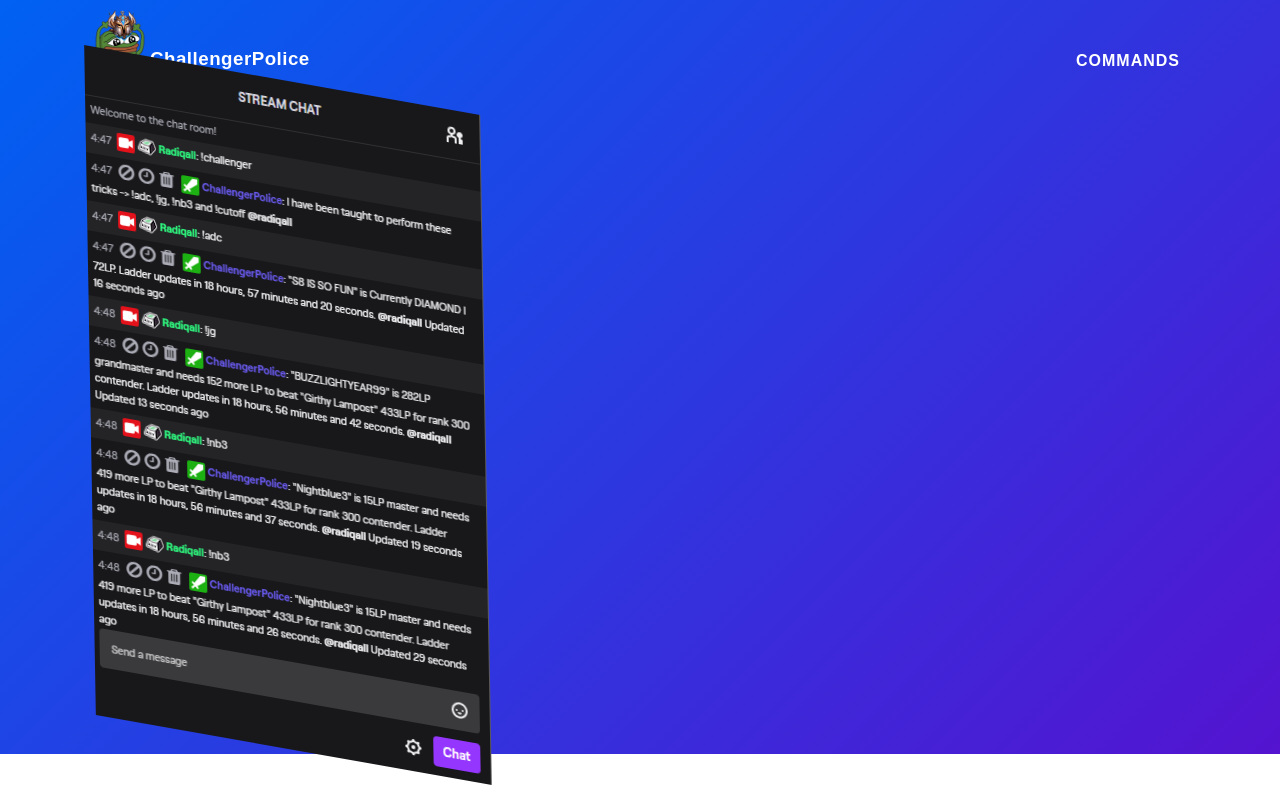
Repository: passbaan/challengerpolice
Page: index.html
An editor plug-in stored every save of this project. The page is shown before and after the next save, followed by the edit.
The browser window is 1280 px wide. The pictures show the whole page.
The style sheet was rebuilt from its Sass, Less or Tailwind sources for each picture, by a compiler version that may differ from the author's.

Above is the page before, as saved 2020-06-02 16:54:01.

### index.html
<!DOCTYPE html>
<html lang="en">

<head>
    <meta charset="UTF-8">
    <meta name="viewport" content="width=device-width, initial-scale=1.0">
    <link rel="stylesheet" href="assets/css/main.min.css">
    <title>ChallengerPolice Rankbot</title>
</head>

<body>
    <section class="header">
        <div class="container">
            <nav>
                <div class="logo">
                    <img src="assets/img/logo.png" alt="Challenger Police Logo" class="logo-img">
                    <h1>ChallengerPolice</h1>
                </div>
                <div class="links">
                    <a href="#commands" class="link">Commands</a>
                </div>
            </nav>
            <div class="hero">
                <div class="hero-text"></div>
                <div class="hero-chat">
                    <img src="assets/img/chat.png" alt="">
                </div>
            </div>
        </div>
    </section>

</body>

</html>

### sass/main.scss
* {
  padding: 0;
  margin: 0;
  box-sizing: border-box;
}

section.header {
  width: 100%;
  background-color: #0061f2;
  background-image: linear-gradient(
    135deg,
    #0061f2 0%,
    rgba(105, 0, 199, 0.8) 100%
  );
  nav {
    display: flex;
    align-items: flex-end;
    justify-content: space-between;
    padding: 10px 0;
    .logo {
      display: flex;
      align-items: flex-end;
      h1 {
        color: #fff;
        letter-spacing: 0.5px;
        font-family: "Montserrat", sans-serif;
        &:hover {
          color: #f1f1f1;
        }
      }
      .logo-img {
        width: 60px;
        height: auto;
      }
    }
    .links {
      padding: 0 10px;
      .link {
        text-decoration: none;
        color: #fff;
        text-transform: uppercase;
        letter-spacing: 1px;
        font-weight: 700;
        font-family: "Montserrat", sans-serif;
        &:hover {
          color: #f1f1f1;
        }
      }
    }
  }
  .hero {
    .hero-chat {
      img {
        -moz-transform: skew(1deg, 10deg);
        -webkit-transform: skew(1deg, 10deg);
        -o-transform: skew(1deg, 10deg);
        -ms-transform: skew(1deg, 10deg);
        transform: skew(1deg, 10deg);
      }
    }
  }
}

.container {
  max-width: 1100px;
  width: 100%;
  margin-left: auto;
  margin-right: auto;
}

After the next save:
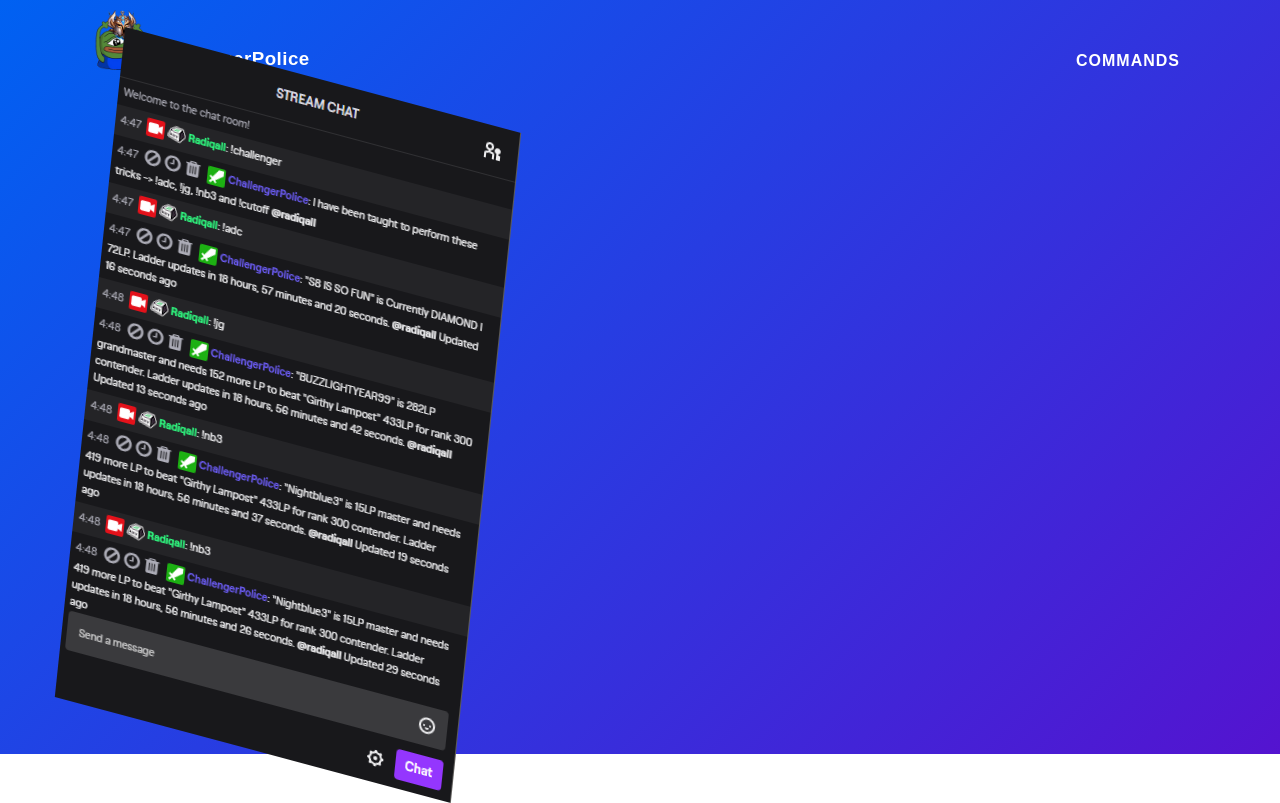
Saved 41 s later.
--- a/sass/main.scss
+++ b/sass/main.scss
@@ -51,11 +51,7 @@
   .hero {
     .hero-chat {
       img {
-        -moz-transform: skew(1deg, 10deg);
-        -webkit-transform: skew(1deg, 10deg);
-        -o-transform: skew(1deg, 10deg);
-        -ms-transform: skew(1deg, 10deg);
-        transform: skew(1deg, 10deg);
+        transform: skew(-6deg, 15deg);
       }
     }
   }
